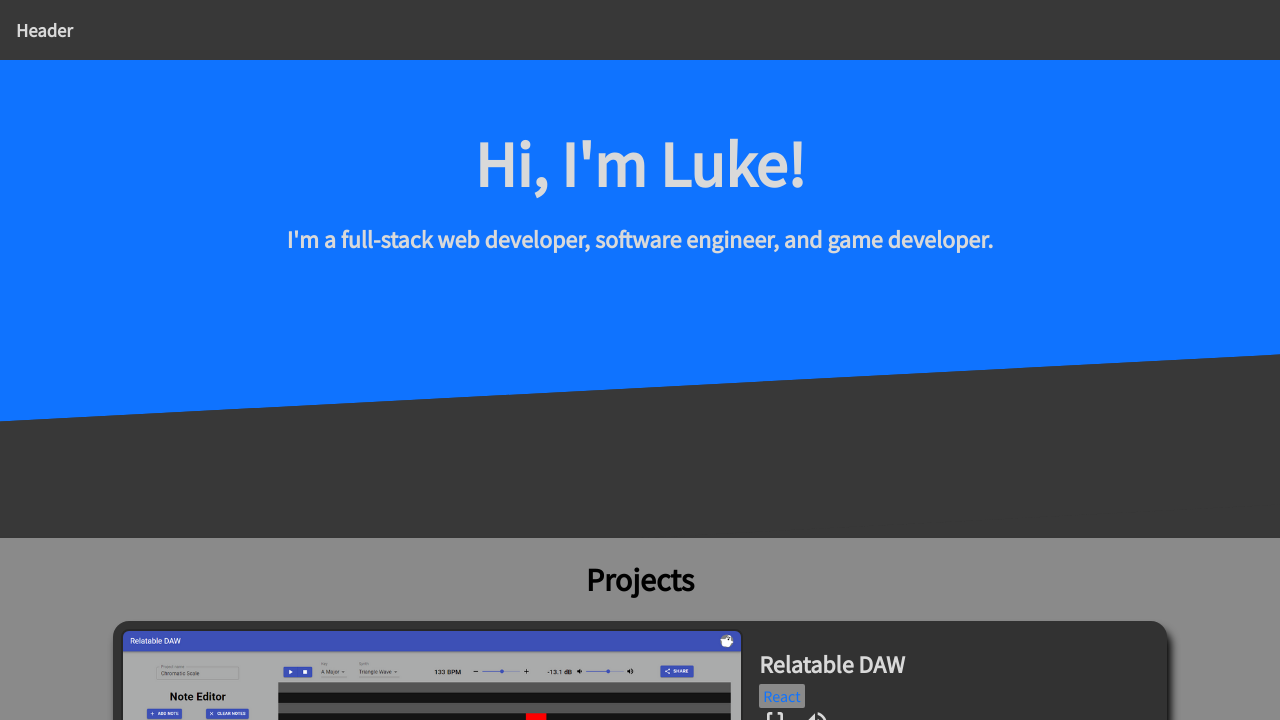
Repository: lbodwell/Personal-Website
Page: index.html
The author's editor kept a copy of each file at every save. The page is drawn from the files as they stood at one save, then again after a run of saves.
The browser window is 1280 px wide. The pictures show the whole page.
An inner scrolling area shows only its first screen.

Above is the page before, as saved 2022-04-04 19:37:59.

After the next 2 saves:
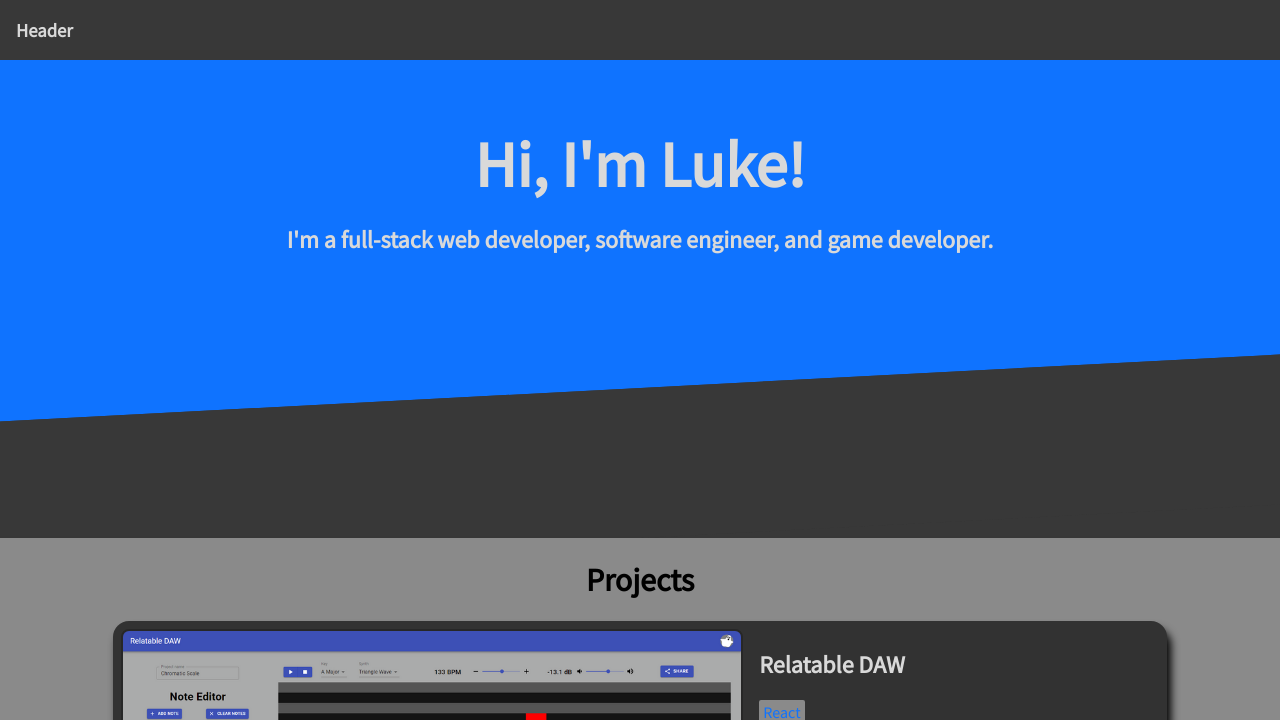
The 2 saves are shown as one change because they came seconds apart.
The last was saved 14 s later.
--- a/styles.css
+++ b/styles.css
@@ -116,8 +116,12 @@
     grid-template-columns: repeat(4, 1fr);
 }
 
+.project-tag {
+    margin: 0;
+}
+
 .project-tag > p {
-    margin: 0;
+
     padding: 2px 4px;
     color: #0f73ff;
     background-color: #8a8a8a;

After the save that followed:
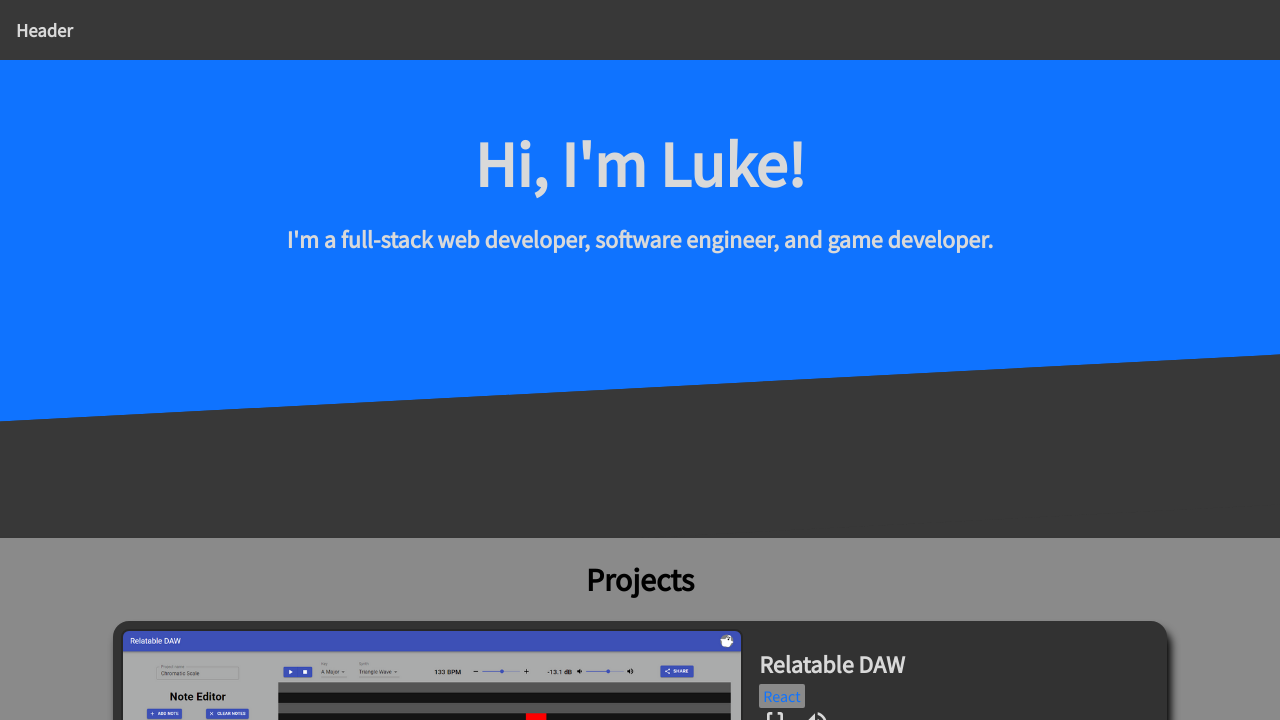
Saved 5 s later.
--- a/styles.css
+++ b/styles.css
@@ -117,11 +117,11 @@
 }
 
 .project-tag {
-    margin: 0;
+
 }
 
 .project-tag > p {
-
+    margin: 0;
     padding: 2px 4px;
     color: #0f73ff;
     background-color: #8a8a8a;
